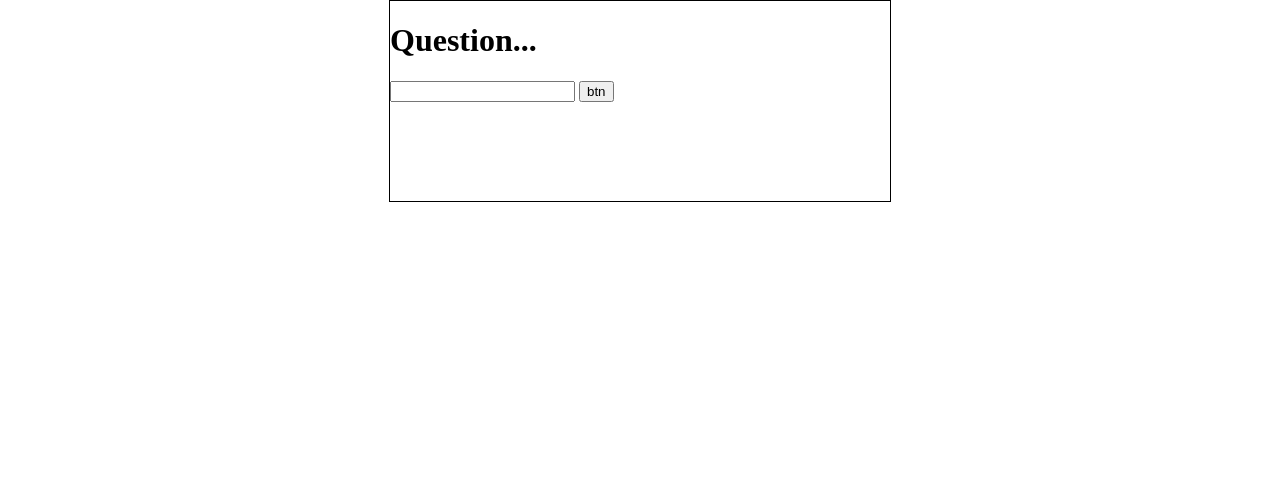
Repository: Joseph061200/Dynamic_Lab2
Page: joseph.html
The author's editor kept a copy of each file at every save. The page is drawn from the files as they stood at one save, then again after the next save.
The browser window is 1280 px wide. The pictures show the whole page.

Above is the page before, as saved 2020-02-20 14:04:48.

### joseph.html
<!DOCTYPE html>
<html>
    <head>
        <title>Joseph</title>
        <link rel="stylesheet" href="joseph.css">
    </head>
    <body>
        <div class="app">
            <div class="pop_up question">
                <h1>Question...</h1>
                <div>
                    <input type="">
                    <button>btn</button>
                </div>
            </div>
        </div>
        <script src="joseph.js"></script>
    </body>
</html>

### joseph.css
body,html {
    margin: 0;
}
.app{
    width: 100vw;
    height: 100vv;
    display: flex;
    justify-content: center;
    align-items: center;
}
.pop_up{
    width: 500px;
    height: 200px;
    border: solid 1px black;
}

Loaded but not shown: joseph.js (no copy from this time; the picture is the same without it)

After the next save:
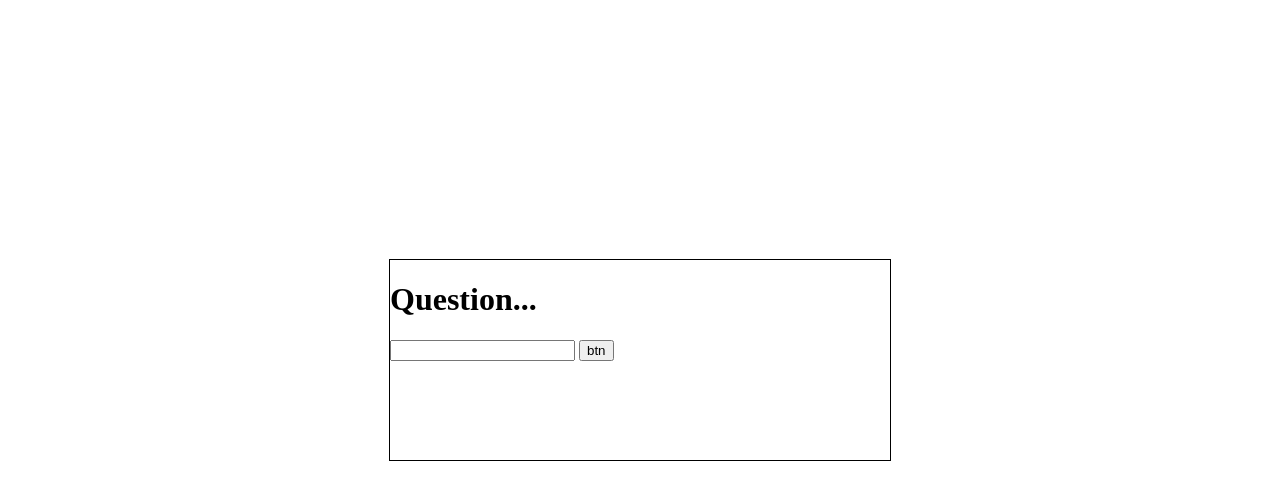
Saved 9 s later.
--- a/joseph.css
+++ b/joseph.css
@@ -3,7 +3,7 @@ body,html {
 }
 .app{
     width: 100vw;
-    height: 100vv;
+    height: 100vh;
     display: flex;
     justify-content: center;
     align-items: center;
